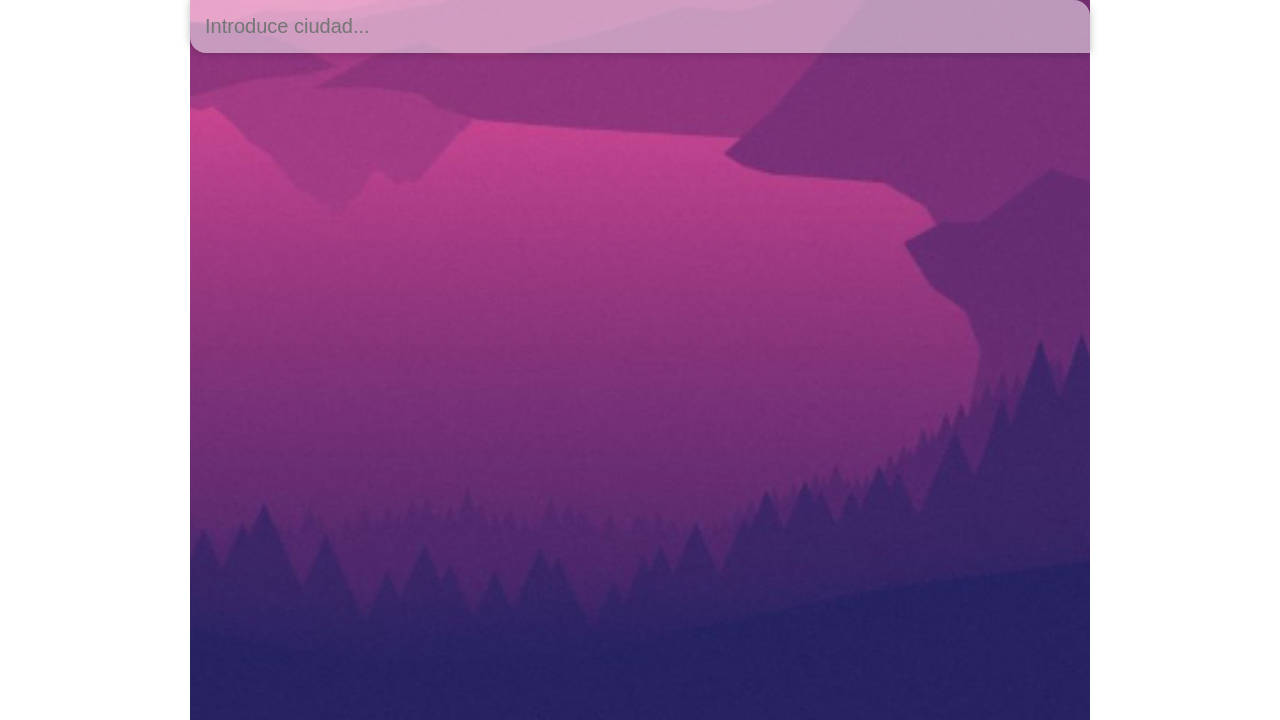
Repository: DaftyCode/weather-vue
Page: /
The author's editor kept a copy of each file at every save. The page is drawn from the files as they stood at one save, then again after the next save.
The browser window is 1280 px wide. The pictures show the whole page.
The project was rebuilt for these pictures with package versions that can differ from the ones it lists, and the page was loaded fresh each time. Also part of the build but not shown: vite.config.js.

Above is the page before, as saved 2023-01-17 13:26:32.

### src/App.vue
<script>
  export default {
    name: 'app',
    data() {
      return {
        query: '',
      };
    },
  };
</script>

<template>
  <div class="main-container">
    <main>
      <div class="search-box">
        <input type="text" class="search-bar" placeholder="Introduce ciudad..." v-model="query" />
      </div>
    </main>
  </div>
</template>

<style>
  body {
    display: flex;
    justify-content: center;
    font-family: 'montserrat', sans-serif;
    min-height: 100vh;
    margin: 0;
  }

  #app {
    width: 100%;
    max-width: 900px;
    margin: 0;
    padding: 0;
    font-weight: normal;
  }

  .main-container {
    width: 100%;
    height: 100%;
    background-image: url('./assets/warm-bg.jpg');
    background-size: cover;
    background-position: bottom;
  }

  .search-box {
    display: flex;
    width: 100%;
    margin-bottom: 30px;
  }

  .search-box .search-bar {
    display: flex;
    width: 100%;
    padding: 15px;

    color: #313131;
    font-size: 20px;
    appearance: none;
    border: none;
    outline: none;
    background: none;
    box-shadow: 0px 0px 8px rgba(0, 0, 0, 0.25);
    background-color: rgba(255, 255, 255, 0.5);
    border-radius: 0px 16px 0px 16px;
    transition: 0.4s;
  }

  .search-box .search-bar:focus {
    box-shadow: 0px 0px 16px rgba(0, 0, 0, 0.25);
    background-color: rgba(255, 255, 255, 0.75);
    border-radius: 16px 0px 16px 0px;
  }
</style>

Loaded but not shown: index.html (common file); src/main.js (common file)

After the next save:
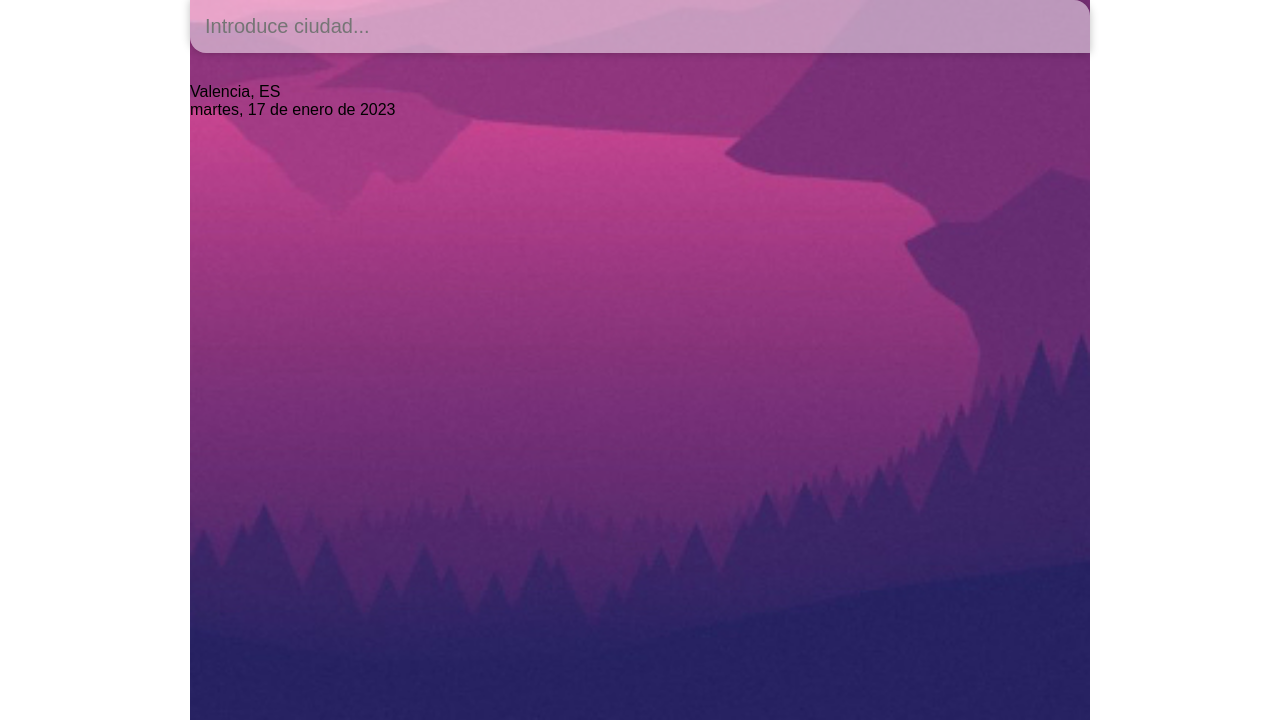
Saved 3 min 52 s later.
--- a/src/App.vue
+++ b/src/App.vue
@@ -14,6 +14,13 @@
     <main>
       <div class="search-box">
         <input type="text" class="search-bar" placeholder="Introduce ciudad..." v-model="query" />
+      </div>
+
+      <div class="weather-wrap">
+        <div class="location-box">
+          <div class="location">Valencia, ES</div>
+          <div class="date">martes, 17 de enero de 2023</div>
+        </div>
       </div>
     </main>
   </div>
